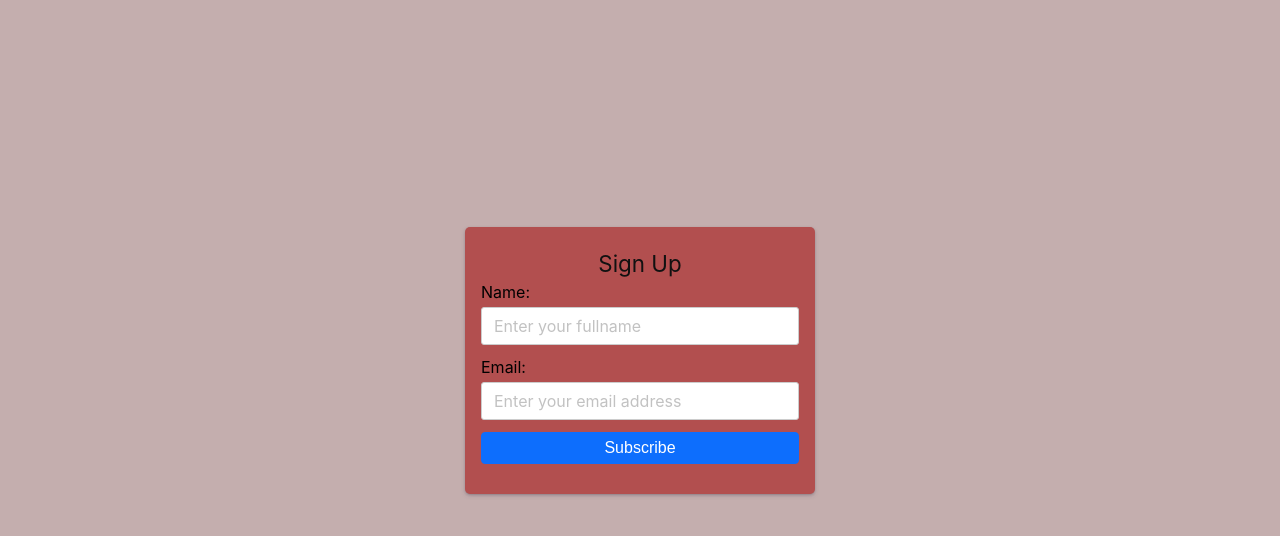
Repository: HoangDuy315/web-dev2022
Page: hw151022/ex2/ex2.2/index.html
These files come from the project's save history. The page is drawn as it stood at one moment and after the next save; the edit follows.
The browser window is 1280 px wide. The pictures show the whole page.

Above is the page before, as saved 2022-10-15 15:08:12.

### hw151022/ex2/ex2.2/index.html
<!DOCTYPE html>
<html lang="en">
  <head>
    <title>JavaScript Form Demo</title>
    <meta name="viewport" content="width=device-width, initial-scale=1.0" />
    <link rel="stylesheet" href="./index.css" />
  </head>
  <body>
    <div class="container">
      <form action="signup.html" method="post" id="signup">
        <h1>Sign Up</h1>
        <div class="field">
          <label for="name">Name:</label>
          <input
            type="text"
            id="name"
            name="name"
            placeholder="Enter your fullname"
          />
        </div>
        <div class="field">
          <label for="email">Email:</label>
          <input
            type="text"
            id="email"
            name="email"
            placeholder="Enter your email address"
          />
        </div>
        <div class="field">
          <button type="submit" class="full">Subscribe</button>
        </div>
      </form>
    </div>
    <script src="./index.js"></script>
  </body>
</html>

### hw151022/ex2/ex2.2/index.css
* {
  margin: 0;
  padding: 0;
  box-sizing: border-box;
}

body {
  font-family: -apple-system, BlinkMacSystemFont, "Segoe UI", Roboto, Oxygen,
    Ubuntu, Cantarell, "Open Sans", "Helvetica Neue", sans-serif;
  font-size: 1rem;
  background-color: #c4aeae;
  display: flex;
  align-items: center;
  justify-content: center;
  min-height: 100vh;
}

.container {
  background-color: rgb(178, 79, 79);
  border-radius: 5px;
  box-shadow: rgba(50, 50, 93, 0.25) 0px 2px 5px -1px,
    rgba(0, 0, 0, 0.3) 0px 1px 3px -1px;
  width: 350px;
}

form {
  max-width: 400px;
  margin: 10px auto;
  padding: 0.5rem 1rem;
}

form h1 {
  padding: 5px 0;
  font-size: 1.4rem;
  font-weight: normal;
  text-align: center;
  color: #111;
}

/*! form.css v1.0 | MIT License | https://www.javascripttutorial.net/ */

.field {
  margin-bottom: 0.75rem;
}

.field small {
  color: #dc3545;
}

label {
  display: inline-block;
  margin-bottom: 5px;
  vertical-align: top;
  width: 100%;
}

/* input, textarea */
input,
textarea,
select {
  border: solid 1px #ccc;
  border-radius: 3px;
  display: inline-block;
  padding: 0.5rem 0.75rem;
  width: 100%;
  font-family: inherit;
  font-size: 1rem;
}

input::placeholder {
  color: #c2c2c2;
}

input:focus,
textarea:focus,
select:focus {
  outline: none;
  box-shadow: 0 0 0 2pt rgb(49, 132, 253, 0.5);
}

input[disabled],
textarea[disabled] {
  background-color: #f5f5f5;
  box-shadow: none;
  color: #7a7a7a;
  cursor: not-allowed;
}

/* input error */
input.error,
textarea.error,
select.error {
  border-color: #dc3545;
}

input.error:focus,
textarea.error:focus,
select.error:focus {
  box-shadow: 0 0 0 0.25rem rgb(220 53 69 / 25%);
}

/* input success */
input.success,
textarea.success,
select.success {
  border-color: #198754;
}

input.success:focus,
textarea.success:focus {
  box-shadow: 0 0 0 0.25rem rgb(25 135 84 / 25%);
}

/* button */
button {
  background: #0d6efd;
  color: #fff;
  border-radius: 0.25rem;
  font-size: 1rem;
  font-weight: 400;
  border: 1px solid #0d6efd;
  transition: color 0.15s ease-in-out, background-color 0.15s ease-in-out,
    border-color 0.15s ease-in-out, box-shadow 0.15s ease-in-out;
  text-align: center;
  padding: 0.375rem 0.75rem;
}

button:hover {
  background: #0b5ed7;
  border-color: #0a58ca;
  cursor: pointer;
}

button:focus {
  outline: none;
  color: #fff;
  background-color: #0b5ed7;
  border-color: #0a58ca;
  box-shadow: 0 0 0 0.25rem rgb(49 132 253 / 50%);
}

/* radio  & checkbox*/
label.radio,
label.checkbox {
  width: auto;
  cursor: pointer;
  display: inline-block;
  position: relative;
  border-radius: 5px;
}

.stack label.radio,
.stack label.checkbox {
  display: block;
  margin-left: auto;
}

.radio + .radio,
.checkbox + .checkbox {
  margin-left: 1rem;
}

input[type="checkbox"],
input[type="radio"] {
  vertical-align: baseline;
  width: auto;
}

/* vertical form */
.vertical label,
.vertical input,
.vertical textarea {
  display: block;
  width: 100%;
}

/* horizontal form */
.horizontal .field {
  display: grid;
  grid-template-columns: 20% 1fr;
  gap: 1rem 1rem;
  align-items: center;
  margin-bottom: 1rem;
}
.horizontal .field label {
  grid-column: 1 / 2;
  text-align: left;
}

.horizontal .field label.radio,
.horizontal .field label.checkbox {
  grid-column: 2 / 3;
  text-align: left;
}

.horizontal .field input,
.horizontal .field button,
.horizontal .field small {
  grid-column: 2 / 3;
}

/* Utility classes*/
.half {
  width: 50%;
}
.quarter {
  width: 25%;
}

.full {
  width: 100%;
}

.error {
  color: #dc3545;
}

### hw151022/ex2/ex2.2/index.js
function showMessage(input, message, type) {
  // get the small element and set the message
  const msg = input.parentNode.querySelector("small");
  msg.innerText = message;
  // update the class for the input
  input.className = type ? "success" : "error";
  return type;
}

function showError(input, message) {
  return showMessage(input, message, false);
}

function showSuccess(input) {
  return showMessage(input, "", true);
}

function hasValue(input, message) {
  if (input.value.trim() === "") {
    return showError(input, message);
  }
  return showSuccess(input);
}

function validateEmail(input, requiredMsg, invalidMsg) {
  // check if the value is not empty
  if (!hasValue(input, requiredMsg)) {
    return false;
  }
  // validate email format
  const emailRegex =
    /^(([^<>()\[\]\\.,;:\s@"]+(\.[^<>()\[\]\\.,;:\s@"]+)*)|(".+"))@((\[[0-9]{1,3}\.[0-9]{1,3}\.[0-9]{1,3}\.[0-9]{1,3}\])|(([a-zA-Z\-0-9]+\.)+[a-zA-Z]{2,}))$/;

  const email = input.value.trim();
  if (!emailRegex.test(email)) {
    return showError(input, invalidMsg);
  }
  return true;
}

const form = document.querySelector("#signup");

const NAME_REQUIRED = "Please enter your name";
const EMAIL_REQUIRED = "Please enter your email";
const EMAIL_INVALID = "Please enter a correct email address format";

form.addEventListener("submit", function (event) {
  // stop form submission
  event.preventDefault();

  // validate the form
  let nameValid = hasValue(form.elements["name"], NAME_REQUIRED);
  let emailValid = validateEmail(
    form.elements["email"],
    EMAIL_REQUIRED,
    EMAIL_INVALID
  );
  // if valid, submit the form.
  if (nameValid && emailValid) {
    alert("Demo only. No form was posted.");
  }
});

After the next save:
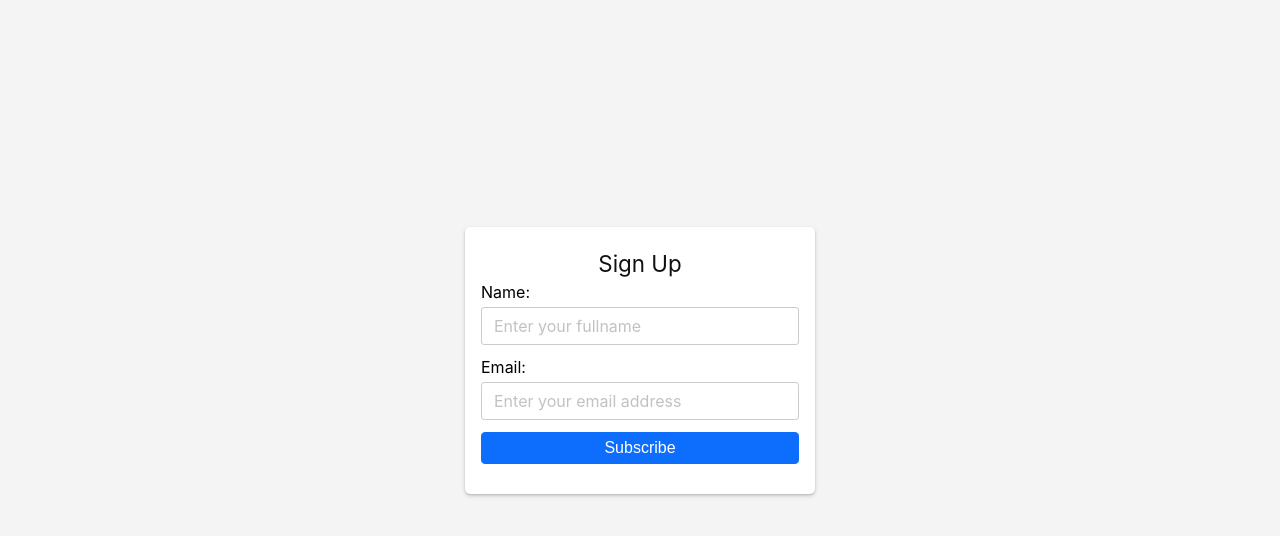
Saved 15 s later.
--- a/hw151022/ex2/ex2.2/index.css
+++ b/hw151022/ex2/ex2.2/index.css
@@ -8,7 +8,7 @@ body {
   font-family: -apple-system, BlinkMacSystemFont, "Segoe UI", Roboto, Oxygen,
     Ubuntu, Cantarell, "Open Sans", "Helvetica Neue", sans-serif;
   font-size: 1rem;
-  background-color: #c4aeae;
+  background-color: #f4f4f4;
   display: flex;
   align-items: center;
   justify-content: center;
@@ -16,7 +16,7 @@ body {
 }
 
 .container {
-  background-color: rgb(178, 79, 79);
+  background-color: #fff;
   border-radius: 5px;
   box-shadow: rgba(50, 50, 93, 0.25) 0px 2px 5px -1px,
     rgba(0, 0, 0, 0.3) 0px 1px 3px -1px;
